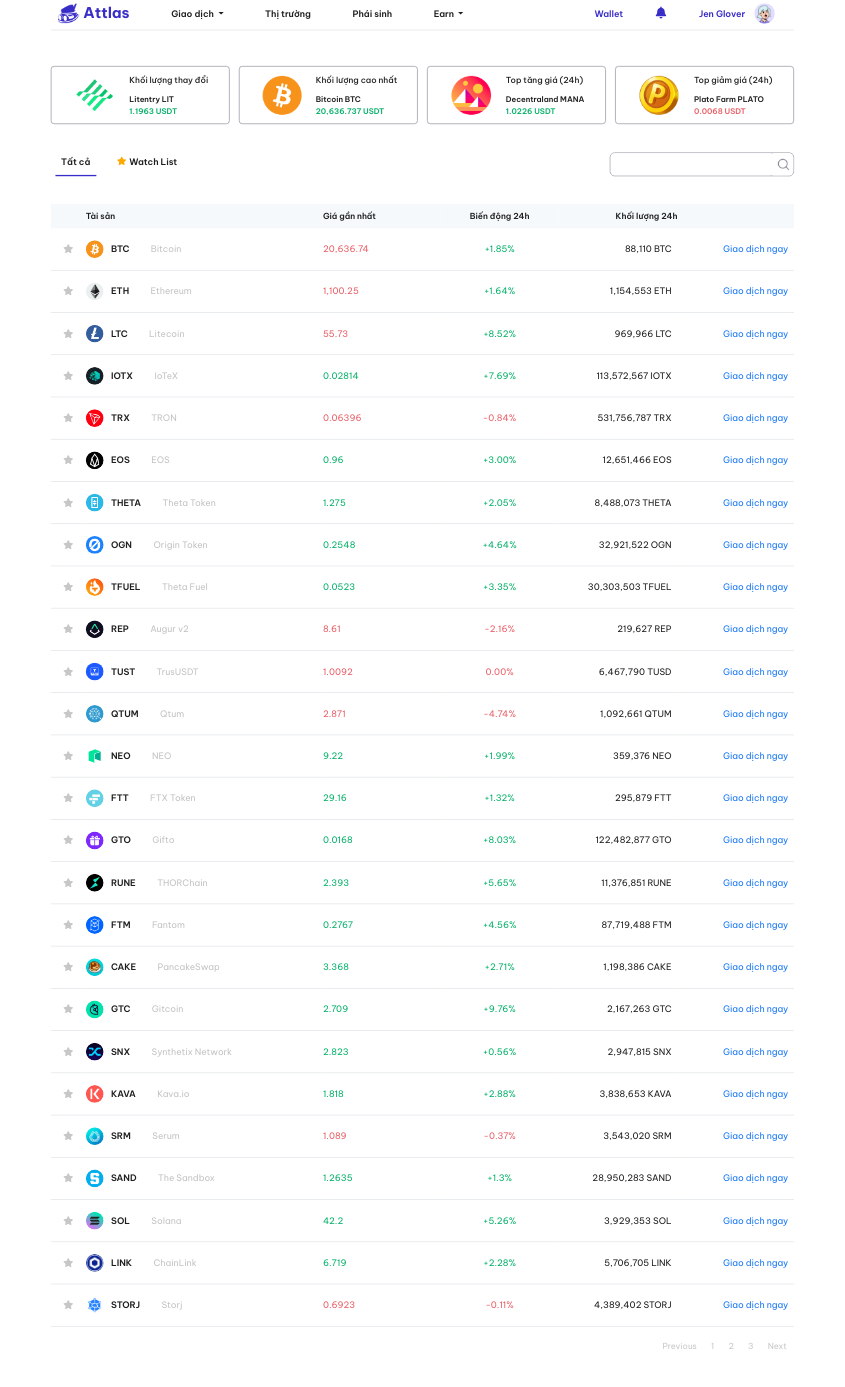
Repository: 1509Long/1509long.github.io
Page: techmaster-test/homepage.html
These files come from the project's save history. The page is drawn as it stood at one moment and after the next save; the edit follows.
The browser window is 1280 px wide. The pictures show the whole page, at 66% of full size.

Above is the page before, as saved 2022-07-19 20:10:50.

After the next save:
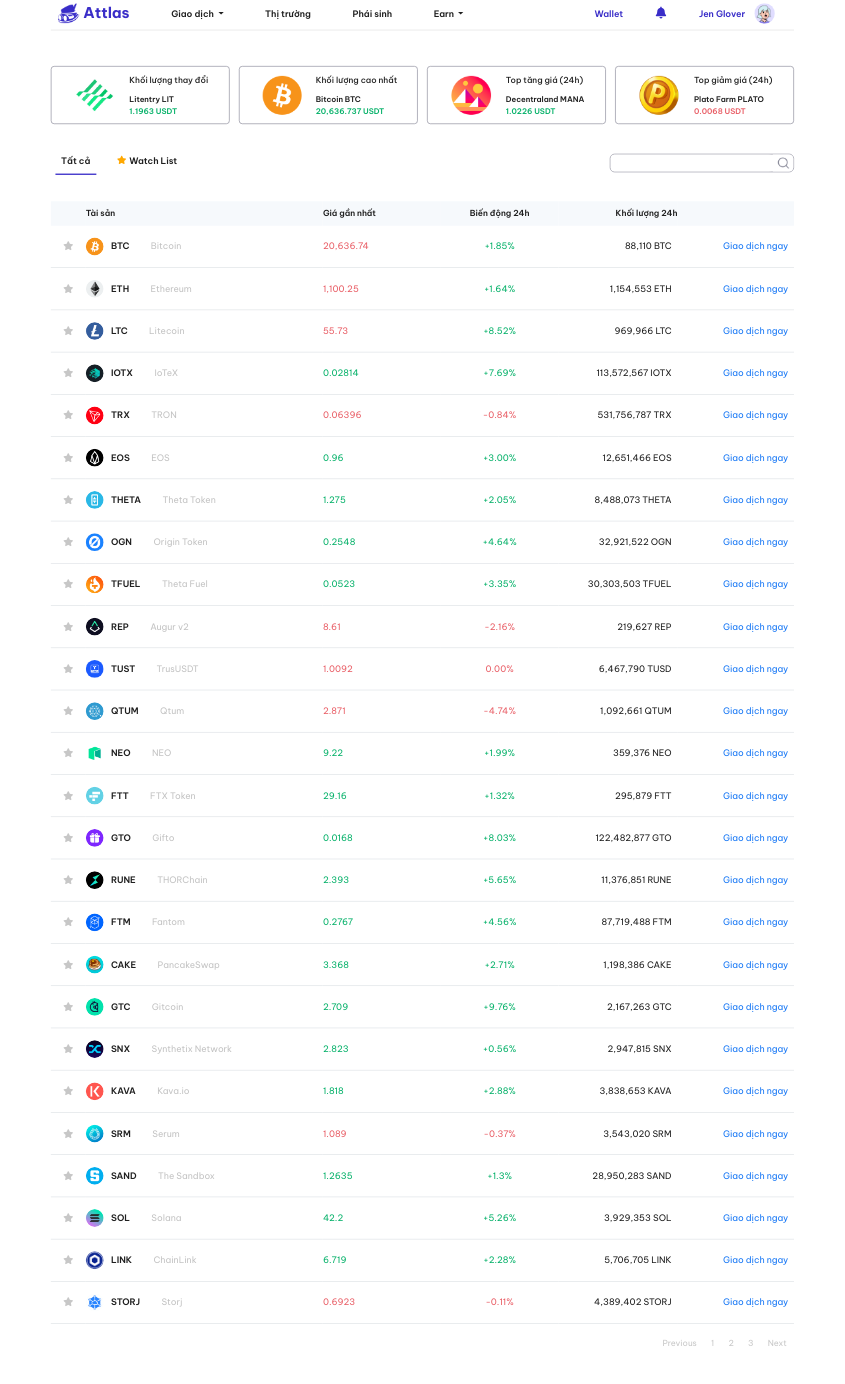
Saved 34 s later.
--- a/techmaster-test/navbar-search.css
+++ b/techmaster-test/navbar-search.css
@@ -138,7 +138,7 @@
 /* Search bar */
 .search-bar {
     width: 31rem;
-    height: 4rem;
+    /* height: 4rem; */
     border: 0.5px solid #8B8C9B;
     border-radius: 0.8rem;
     margin: 0.2rem 0;
